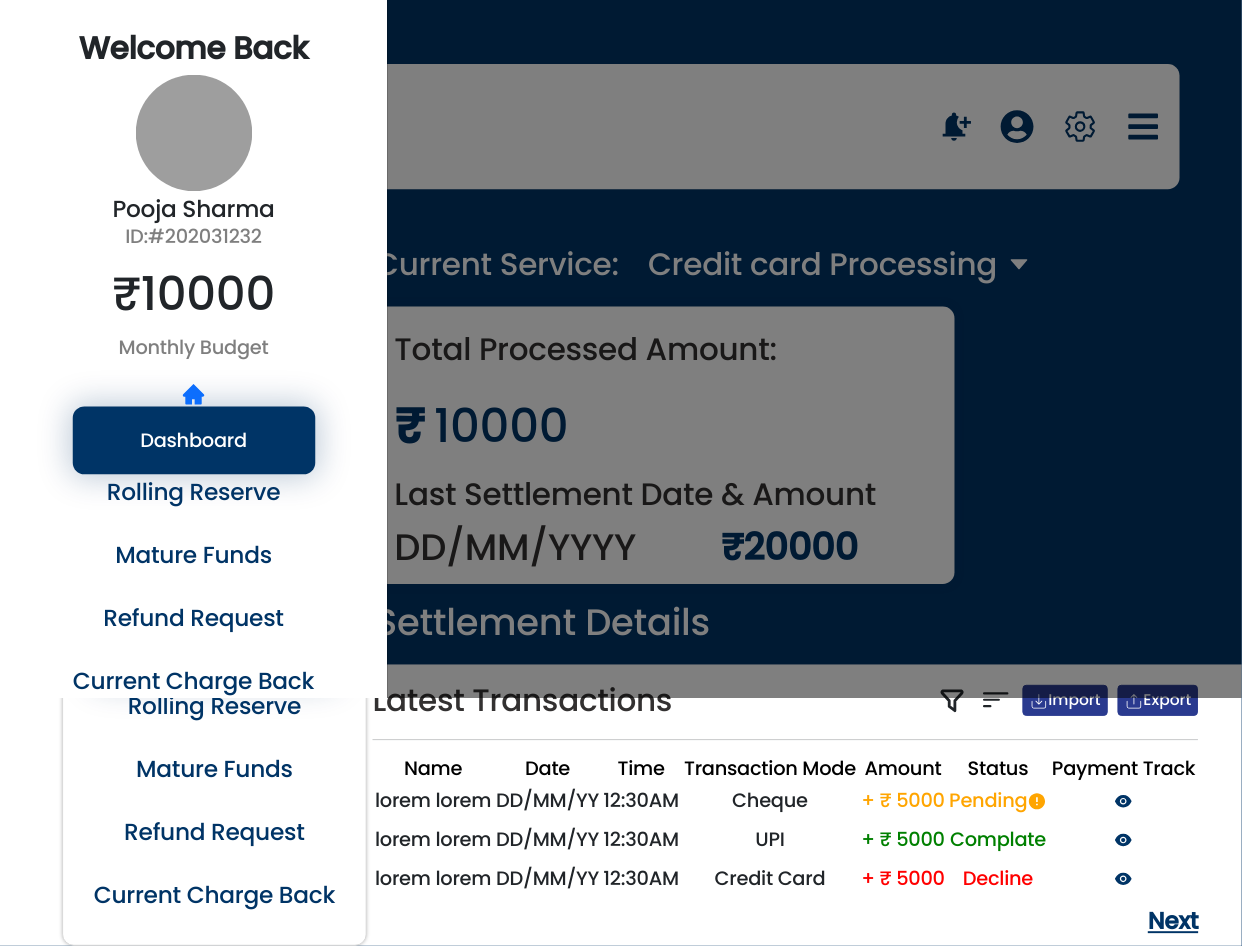
Repository: FlyweisReact/Prashant
Page: /dashboard, after clicking the first element matching `svg.bars`
An editor plug-in stored every save of this project. The page is shown before and after a run of saves, followed by the edit.
The browser window is 1280 px wide. The pictures show the whole page, at 97% of full size.
Pictures or frames that could not be fetched are drawn as grey boxes. Some web libraries are served in a nearby version. The project was rebuilt for these pictures with package versions that can differ from the ones it lists, and the page was loaded fresh each time. Also part of the build but not shown: src/Pages/CryptoPayment.jsx, src/Pages/CurrentCharge.jsx, src/Styles/Login.module.css, src/Components/Login/LoginFirstSection.jsx, src/Components/Login/LoginMainSection.jsx, src/Pages/Login.jsx, src/Pages/MatureFund.jsx, src/Pages/OpenBanking.jsx and 12 more.

Above is the page before, as saved 2023-03-23 18:10:42.

After the next 3 saves:
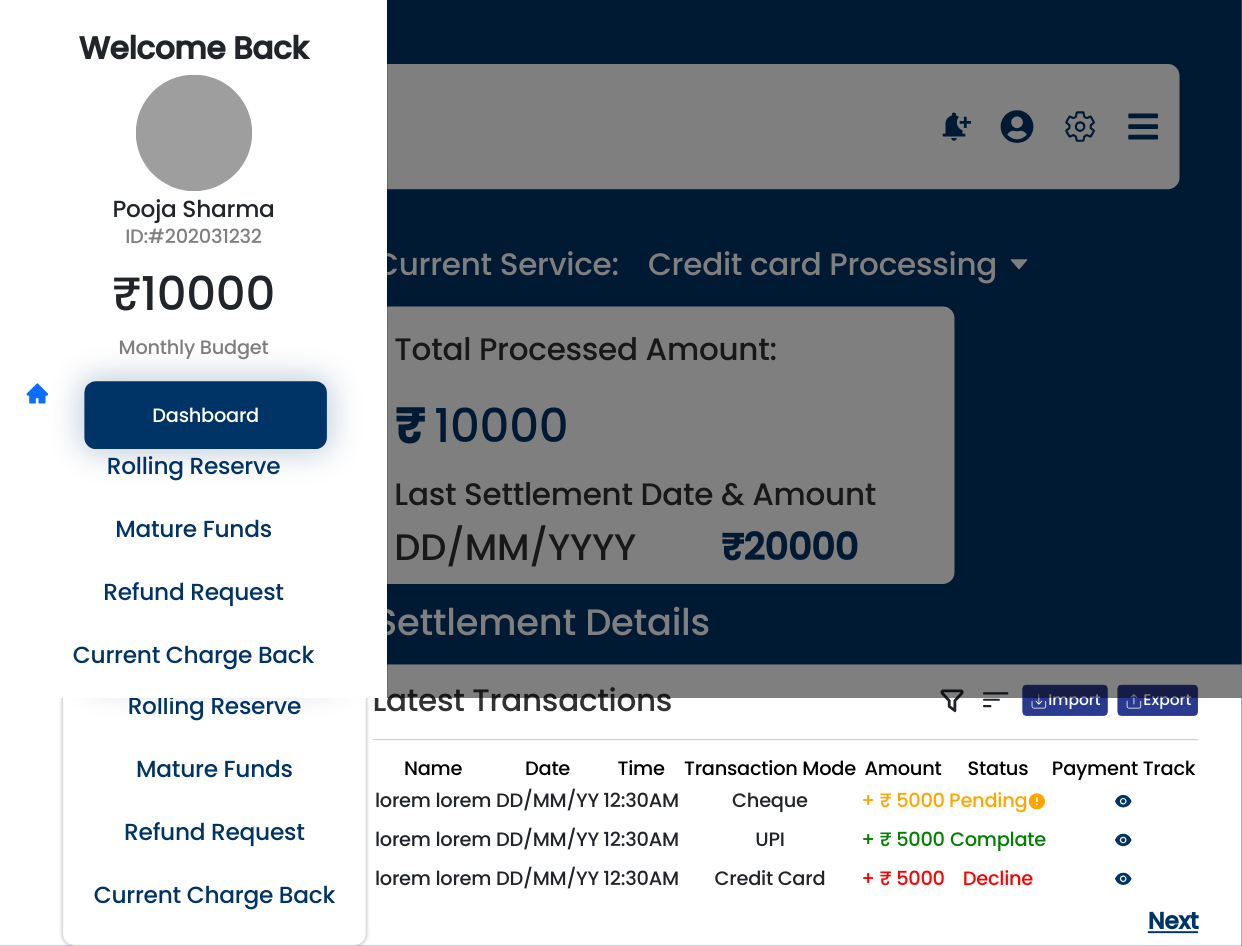
The 3 saves are shown as one change because they came seconds apart.
The last was saved 14 min 33 s later.
--- a/src/App.css
+++ b/src/App.css
@@ -201,6 +201,9 @@ color: rgba(0, 0, 0, 0.5);
   /* flex-direction: column; */
   text-align: center;
   margin-top: 20px;
+}
+.offSideBarMain .LinkBox div{
+  display: flex;
 }
 .offSideBarMain .LinkBox a{
   text-decoration: none;
